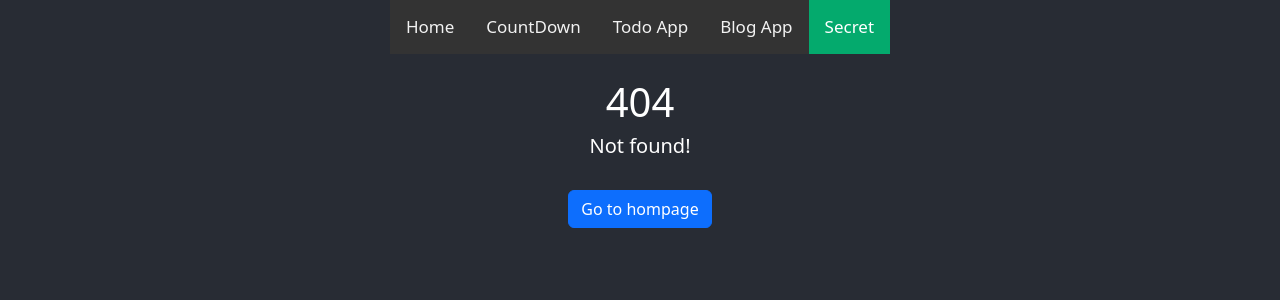
Repository: ThucSkin/React-hook-basic
Page: /secrect
An editor plug-in stored every save of this project. The page is shown before and after the next save, followed by the edit.
The browser window is 1280 px wide. The pictures show the whole page.
The project was rebuilt for these pictures with package versions that can differ from the ones it lists, and the page was loaded fresh each time. Also part of the build but not shown: src/views/Todo.js, src/views/TableApi/TableUser.scss, src/customize/Fetch.js, src/views/TableApi/TableApi.js, src/views/CountDown/countdown.js, src/views/AddNewUser.js, src/views/Blog.js, src/views/BlogDetail.js.

Above is the page before, as saved 2023-06-12 02:25:00.

### src/index.js
import React from 'react';
import ReactDOM from 'react-dom/client';
import './index.scss';
import App from './App';
import reportWebVitals from './reportWebVitals';
import { BrowserRouter as Router } from 'react-router-dom';

const root = ReactDOM.createRoot(document.getElementById('root'));
root.render(
  <React.StrictMode>
    <Router>
      <App />
    </Router>
  </React.StrictMode>
);

// If you want to start measuring performance in your app, pass a function
// to log results (for example: reportWebVitals(console.log))
// or send to an analytics endpoint. Learn more: https://bit.ly/CRA-vitals
reportWebVitals();

### src/index.scss
@import "~bootstrap/scss/bootstrap";

body {
  margin: 0;
  font-family: -apple-system, BlinkMacSystemFont, 'Segoe UI', 'Roboto', 'Oxygen',
    'Ubuntu', 'Cantarell', 'Fira Sans', 'Droid Sans', 'Helvetica Neue',
    sans-serif;
  -webkit-font-smoothing: antialiased;
  -moz-osx-font-smoothing: grayscale;
}

code {
  font-family: source-code-pro, Menlo, Monaco, Consolas, 'Courier New',
    monospace;
}

### src/App.js

import './App.scss';
import Nav from './views/Nav';
import Todo from './views/Todo';
import TableApi from './views/TableApi/TableApi';
import { CountDown } from './views/CountDown/countdown';
import { Routes, Route } from 'react-router-dom'
import { Blog } from './views/Blog';
import DetailBlog from './views/BlogDetail';
import { Container } from 'react-bootstrap';
import AddNewUser from './views/AddNewUser';
import 'bootstrap/dist/css/bootstrap.min.css';
import NotFound404 from './views/404';


const App = () => {
  return (
    <div className="App">
      <header className="App-header">
        <Nav />
        <Container className='container'>
          <Routes>
            <Route path='/' element={<TableApi />} />
            <Route path='/countdown' element={<CountDown />} />
            <Route path='/todo' element={<Todo />} />
            <Route path='/blog' element={<Blog />} />
            <Route path='/blog/:id' element={<DetailBlog />} />
            <Route path='/add/user' element={<AddNewUser />} />
            <Route path='*' element={<NotFound404 />} />
          </Routes>
        </Container>
      </header>
    </div>
  );
}

export default App;

### src/App.scss
.App {
    text-align: center;
}

.App-logo {
    height: 10vmin;
    pointer-events: none;
}

@media (prefers-reduced-motion: no-preference) {
    .App-logo {
        animation: App-logo-spin infinite 20s linear;
    }
}

.App-header {
    background-color: #282c34;
    min-height: 100vh;
    display: flex;
    flex-direction: column;
    align-items: center;
    /* justify-content: center; */
    font-size: calc(10px + 2vmin);
    color: white;
}

.App-link {
    color: #61dafb;
}

@keyframes App-logo-spin {
    from {
        transform: rotate(0deg);
    }

    to {
        transform: rotate(360deg);
    }
}

.container {
    font-size: 16px;

}

### src/views/Nav.js
import { NavLink } from 'react-router-dom';
import './Nav.scss';
import 'bootstrap/dist/css/bootstrap.min.css';

const Nav = () => {
    return (
        <>
            <div className="topnav mb-4">
                <NavLink to="/" activeclassName="active">Home</NavLink>
                <NavLink to="/countdown">CountDown</NavLink>
                <NavLink to="/todo">Todo App</NavLink>
                <NavLink to="/blog">Blog App</NavLink>
                <NavLink to="/secrect">Secret</NavLink>
            </div>
        </>
    )
}

export default Nav;

### src/views/404.js
import { Link } from "react-router-dom"

const NotFound404 = () => {
    return (
        <div>
            <h1>404</h1>
            <h5>Not found!</h5>
            <Link to={'/'}>
                <button className="btn btn-primary mt-4">
                    Go to hompage
                </button>
            </Link>
        </div>
    )
}

export default NotFound404

### src/views/Nav.scss
body {
    margin: 0;
    font-family: Arial, Helvetica, sans-serif;

    .topnav {
        overflow: hidden;
        background-color: #333;

        a {
            float: left;
            color: #f2f2f2;
            text-align: center;
            padding: 14px 16px;
            text-decoration: none;
            font-size: 17px;
        }

        a:hover {
            background-color: #ddd;
            color: black;
        }

        a.active {
            background-color: #04AA6D;
            color: white;
        }
    }

    .form-add {
        width: 450px;
        margin: 0 auto;
        border: 10px solid rgb(99, 208, 48);
        padding: 20px;
    }
}

Loaded but not shown: public/index.html (common file); src/reportWebVitals.js (common file)

After the next save:
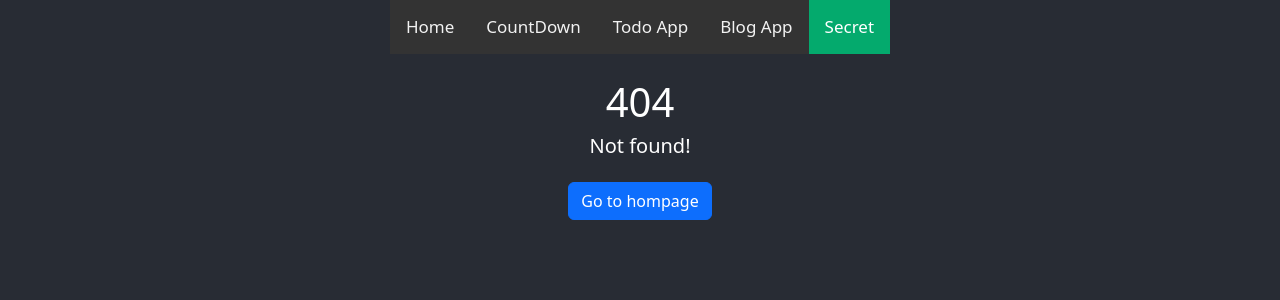
Saved 12 s later.
--- a/src/views/404.js
+++ b/src/views/404.js
@@ -6,7 +6,7 @@ const NotFound404 = () => {
             <h1>404</h1>
             <h5>Not found!</h5>
             <Link to={'/'}>
-                <button className="btn btn-primary mt-4">
+                <button className="btn btn-primary mt-3">
                     Go to hompage
                 </button>
             </Link>
